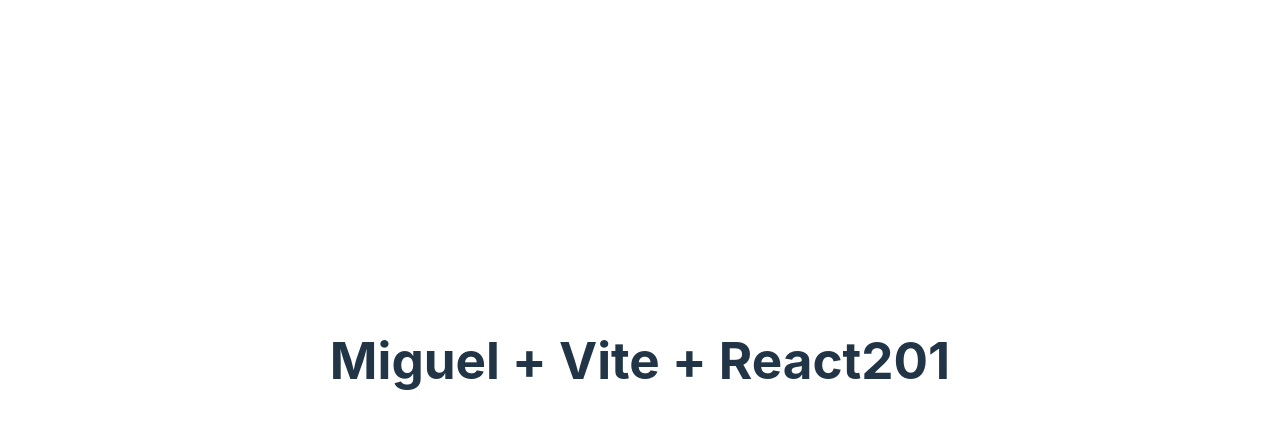
Repository: MiguelDev5/react-learning
Page: /
These files come from the project's save history. The page is drawn as it stood at one moment and after the next save; the edit follows.
The browser window is 1280 px wide. The pictures show the whole page.
The project was rebuilt for these pictures with package versions that can differ from the ones it lists, and the page was loaded fresh each time. Also part of the build but not shown: vite.config.js.

Above is the page before, as saved 2024-03-13 00:22:46.

After the next save:
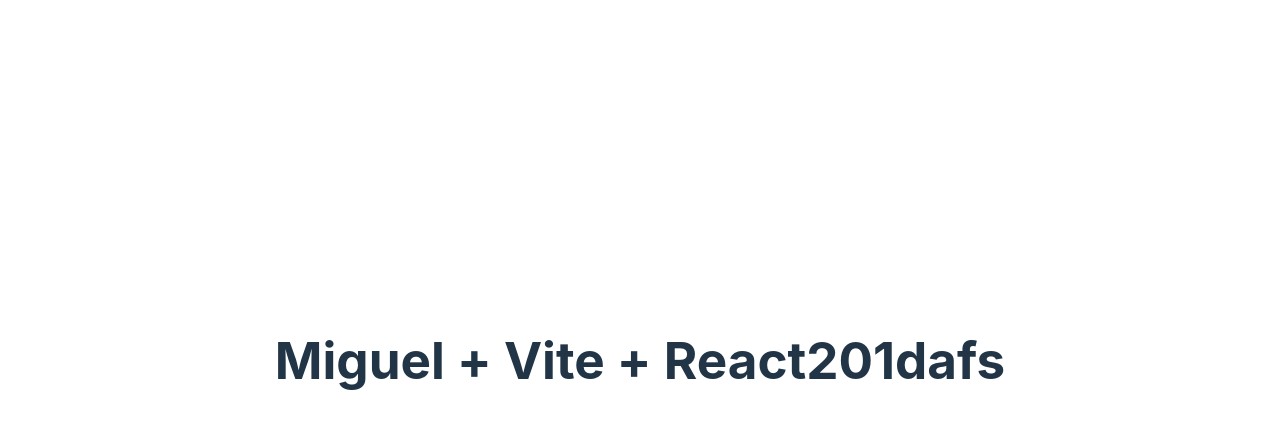
Saved 6 s later.
--- a/src/App.jsx
+++ b/src/App.jsx
@@ -8,7 +8,7 @@
 
   return (
     <>
-      <h1>Miguel + Vite + React201</h1>
+      <h1>Miguel + Vite + React201dafs</h1>
     </>
   )
 }
